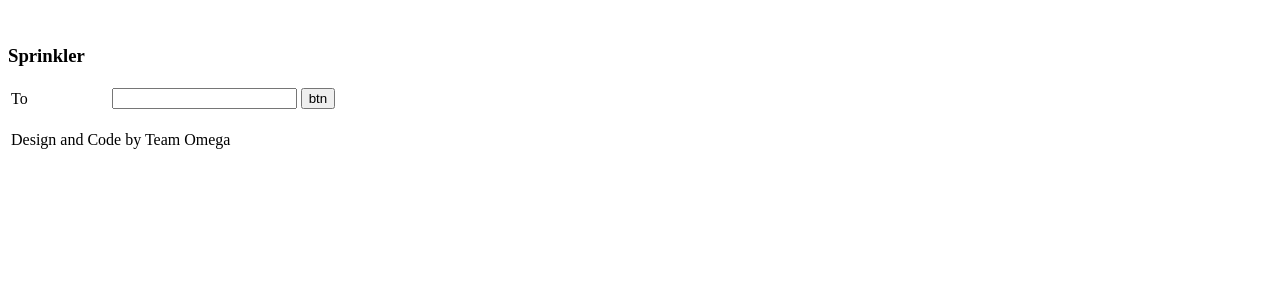
Repository: hassan-stash/shas
Page: http://localhost/SHAS/SprinklerGUI.jsp
The author's editor kept a copy of each file at every save. The page is drawn from the files as they stood at one save, then again after a run of saves.
The browser window is 1280 px wide. The pictures show the whole page.
Some web fonts or font styles are not loaded; a fallback is used. The page is served by Tomcat 9. Other server files are loaded and not shown.

Above is the page before, as saved 2013-04-07 00:30:14.
Console error: TypeError: Cannot read properties of undefined (reading 'timepicker')

### SHAS/WebContent/SprinklerGUI.jsp
<%@ page contentType="text/html; charset=iso-8859-1" language="java"%>
<html>
<head>
<title>Sprinkler</title>
<link href='http://fonts.googleapis.com/css?family=Wendy+One'
	rel='stylesheet' type='text/css'>
<script src="http://code.jquery.com/jquery-latest.min.js"></script>
<script type="text/javascript" src="js/timepicker.js"></script>
<script type="text/javascript">


</script>
<script type="text/javascript">

	// When document ready, call initMenu() function
	function clickschedule() {
		document.sprinklerform.btnSchedule.value = "Sprinkler Off";
		//sprinklerform.submit();
	}
</script>

</head>
<body>


<!-- end of welcomeName --></div>
<!-- end of header -->


<div id="content">

<form name="sprinklerform" action="SprinklerServlet" method="get"><br>


<div>

<h3>Sprinkler</h3>



</div>



<table border="0">
	<tr>
		<td>To &nbsp;&nbsp;&nbsp;&nbsp;&nbsp;&nbsp;&nbsp;&nbsp;&nbsp;&nbsp;&nbsp;&nbsp;&nbsp;&nbsp;&nbsp;&nbsp;&nbsp;&nbsp;&nbsp;</td>
		<td><input type="text" id="fromDate" name="fromDate"
			value="" /></td>
			<td><input type="submit" id="btnSchedule" name="btnSchedule"
			value="btn" /></td>

	</tr>

</table>





</form>

<table width="100%" border= "0">
<tr><td><span type="text" id="lblMessage" name="lblMessage" class="color-red">Design and Code by Team Omega</span></td> </tr>


</table>

</body>
</html>

Loaded but not shown: SHAS/WebContent/js/timepicker.js (1919 lines, source omitted)

After the next 2 saves:
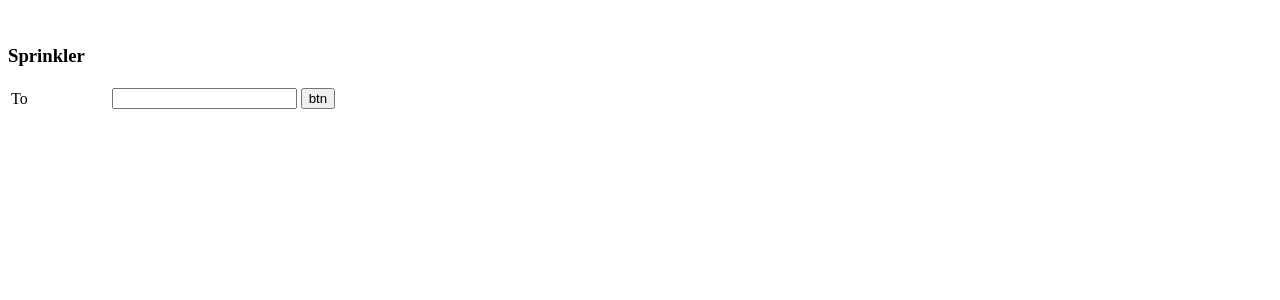
The 2 saves are shown as one change because they came seconds apart.
The last was saved 3 min 7 s later.
--- a/SHAS/WebContent/SprinklerGUI.jsp
+++ b/SHAS/WebContent/SprinklerGUI.jsp
@@ -27,7 +27,6 @@
 <!-- end of header -->
 
 
-<div id="content">
 
 <form name="sprinklerform" action="SprinklerServlet" method="get"><br>
 
@@ -60,11 +59,6 @@
 
 </form>
 
-<table width="100%" border= "0">
-<tr><td><span type="text" id="lblMessage" name="lblMessage" class="color-red">Design and Code by Team Omega</span></td> </tr>
-
-
-</table>
 
 </body>
 </html>
